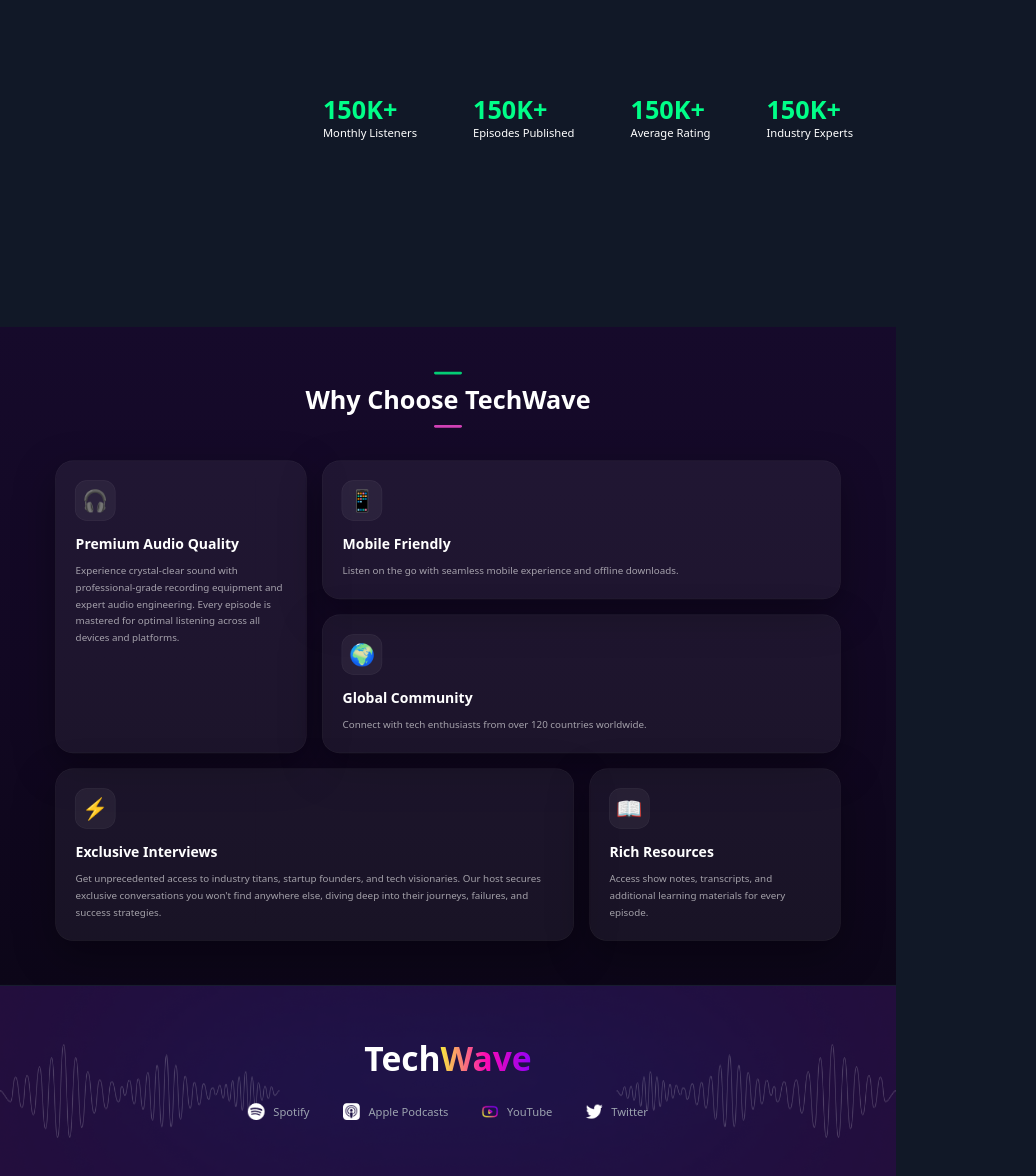
Repository: tanimtanzilislam/Assignment_2
Page: index.html
These files come from the project's save history. The page is drawn as it stood at one moment and after a run of saves; the edit follows.
The browser window is 1280 px wide. The page is 1480 px wide, so the pictures cover 1480 px, including what lies to the right of the window. The pictures show the part of the page from y = 910 to 2590 px (the page is 2590 px tall before and 2570 px after), at 70% of full size.
Some web libraries are served in a nearby version.

Above is the page before, as saved 2026-03-03 23:49:23.

After the next 3 saves:
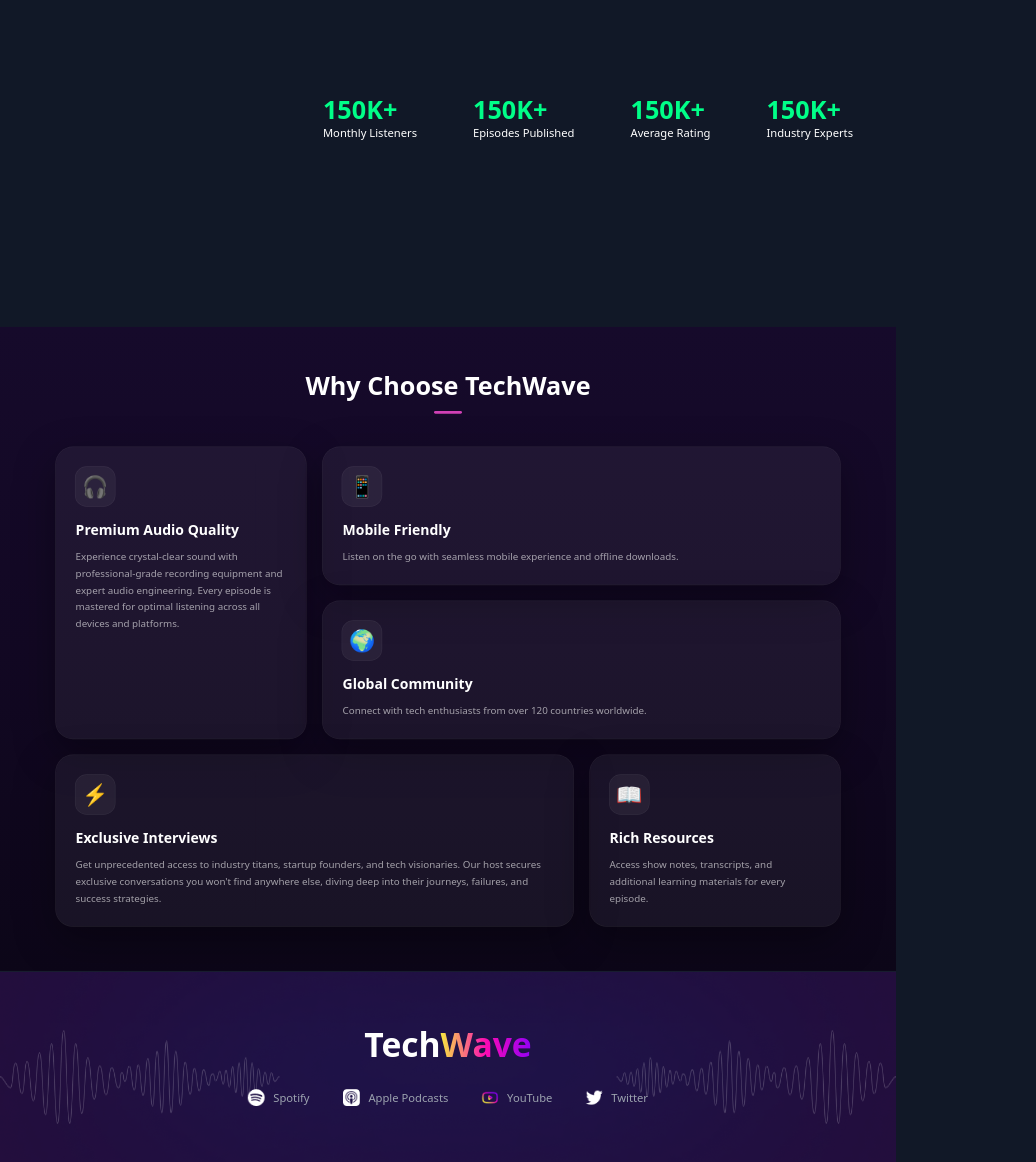
The 3 saves are shown as one change because they came seconds apart.
The last was saved 17 min 24 s later.
--- a/index.html
+++ b/index.html
@@ -110,7 +110,7 @@ and share stories of personal growth from industry leaders.
       <div class="mx-auto max-w-6xl px-4">
     <!-- Heading -->
     <div class="">
-      <div class="mx-auto mb-4 h-1 w-10 rounded-full bg-[#00FF88]/80"></div>
+      <!-- <div class="mx-auto mb-4 h-1 w-10 rounded-full bg-[#00FF88]/80"></div> -->
       <!-- max-auto element nijeke center e nei. justify-center parent er moddhe thaka child gulake center e nibe jodi traa flex/grid e thake -->
       <!-- h-1 ar w-10 diye rounded full dewa hoise tay capsule shape hoise -->
        <!-- opacity 80 mane full solid na 80% solid  20 transparent -->
